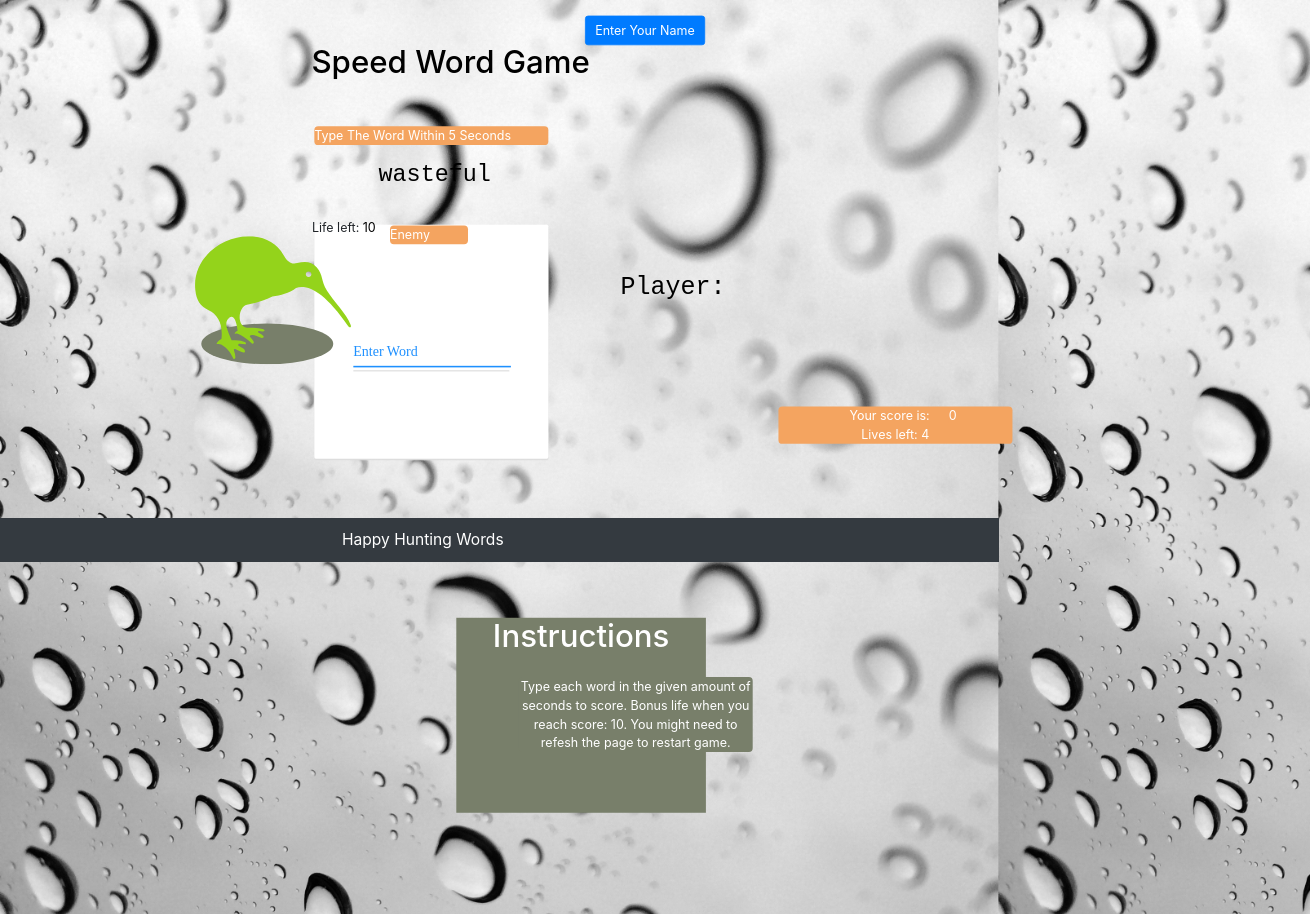
Repository: konstantin0s/word-game-project
Page: modal.html
An editor plug-in stored every save of this project. The page is shown before and after the next save, followed by the edit.
The browser window is 1280 px wide. The page is 1680 px wide, so the pictures cover 1680 px, including what lies to the right of the window. The pictures show the whole page, at 78% of full size.
Backgrounds fixed to the window are drawn as part of the page. Some web libraries are served in a nearby version.

Above is the page before, as saved 2019-02-14 11:06:14.

### modal.html
<!DOCTYPE html>
<html lang="en">

<head>

  <meta charset="utf-8">
  <meta name="viewport" content="width=device-width, initial-scale=1, shrink-to-fit=no">
  <meta name="description" content="">
  <meta name="author" content="">

  <title>Speed Word Game</title>
  <!-- <link rel="stylesheet" href="https://maxcdn.bootstrapcdn.com/bootstrap/3.4.0/css/bootstrap.min.css"> -->
  <script src="https://ajax.googleapis.com/ajax/libs/jquery/3.3.1/jquery.min.js"></script>
  <script src="https://maxcdn.bootstrapcdn.com/bootstrap/3.4.0/js/bootstrap.min.js"></script>
  <script src="https://cdnjs.cloudflare.com/ajax/libs/p5.js/0.7.3/p5.js"></script>
  <!-- Bootstrap core CSS -->
  <link href="vendor/bootstrap/css/bootstrap.min.css" rel="stylesheet">

  <!-- Custom styles for this template -->
  <link href="css/the-big-picture.css" rel="stylesheet">
  <link rel="stylesheet" href="css/style.css">

</head>

<body>

  <!-- Navigation -->
  <nav class="navbar navbar-expand-lg navbar-dark bg-dark fixed-bottom">
    <div class="container">
      <a class="navbar-brand" href="#">Happy Hunting Words</a>
      <button class="navbar-toggler" type="button" data-toggle="collapse" data-target="#navbarResponsive" aria-controls="navbarResponsive" aria-expanded="false" aria-label="Toggle navigation">
        <span class="navbar-toggler-icon"></span>
      </button>
      <div class="collapse navbar-collapse" id="navbarResponsive">
      </div>
    </div>
  </nav>



<!-- Button trigger modal -->
<button type="button" id="clearPlayer" class="btn btn-primary" data-toggle="modal" data-target="#exampleModalCenter">
    Enter Your Name
  </button>

  <!-- Modal -->
  <div class="modal fade" id="exampleModalCenter" tabindex="-1" role="dialog" aria-labelledby="exampleModalCenterTitle" aria-hidden="true">
    <div class="modal-dialog modal-dialog-centered" role="document">
      <div class="modal-content">
        <div class="modal-header">
          <h5 class="modal-title" id="exampleModalLongTitle">Player Name</h5>
          <button type="button" class="close" data-dismiss="modal" aria-label="Close">
            <span aria-hidden="true">&times;</span>
          </button>
        </div>
        <div class="modal-body">
            <h3 id="playerN">Enter Your Name</h3>
            <input id="name" onchange="say_hi()">
        </div>
      </div>
    </div>
  </div>
<h2 id="user">
  Player:
</h2>

<div id="output"></div>

  <!-- Page Content -->
  <section>
    <div class="container">
      <div class="row">
        <div class="col-lg-6">
          <h1 class="mt-5">Speed Word Game</h1>
          <p class="type">Type The Word Within
            <span id="sec"></span>
            Seconds</p>
          <div id="wordsDisplay">

          </div>
          <div id="time">
           <p>Time left:</p> <span id="timeLeft"></span>
          </div>
          <div id="userDetails">
             Your score is: <span id="score">0</span><br>
             Lives left: <span id="lives">3</span>
          </div>
          <div class="wrapper">
            <input class="input" id="inputWord" onchange="compareGuess()" placeholder="Enter Word" type="text"  autofocus>
            <span class="underline"></span>
        </div>
        </div>
      </div>
    </div>
  </section>

  <div id="corWrong"></div>

   <p id="messageP"></p>
   <div class="enemy">
    Life left: <span id="enemyLife">10</span>
   </div>
  <svg version="1.1" id="Layer_1" xmlns="http://www.w3.org/2000/svg" xmlns:xlink="http://www.w3.org/1999/xlink" x="0px" y="0px"
  width="612px" height="502.174px" viewBox="0 65.326 612 502.174" enable-background="new 0 65.326 612 502.174"
  xml:space="preserve" class="logo">

<ellipse class="ground" cx="283.5" cy="487.5" rx="259" ry="80"/>
<path class="kiwi" d="M210.333,65.331C104.367,66.105-12.349,150.637,1.056,276.449c4.303,40.393,18.533,63.704,52.171,79.03
 c36.307,16.544,57.022,54.556,50.406,112.954c-9.935,4.88-17.405,11.031-19.132,20.015c7.531-0.17,14.943-0.312,22.59,4.341
 c20.333,12.375,31.296,27.363,42.979,51.72c1.714,3.572,8.192,2.849,8.312-3.078c0.17-8.467-1.856-17.454-5.226-26.933
 c-2.955-8.313,3.059-7.985,6.917-6.106c6.399,3.115,16.334,9.43,30.39,13.098c5.392,1.407,5.995-3.877,5.224-6.991
 c-1.864-7.522-11.009-10.862-24.519-19.229c-4.82-2.984-0.927-9.736,5.168-8.351l20.234,2.415c3.359,0.763,4.555-6.114,0.882-7.875
 c-14.198-6.804-28.897-10.098-53.864-7.799c-11.617-29.265-29.811-61.617-15.674-81.681c12.639-17.938,31.216-20.74,39.147,43.489
 c-5.002,3.107-11.215,5.031-11.332,13.024c7.201-2.845,11.207-1.399,14.791,0c17.912,6.998,35.462,21.826,52.982,37.309
 c3.739,3.303,8.413-1.718,6.991-6.034c-2.138-6.494-8.053-10.659-14.791-20.016c-3.239-4.495,5.03-7.045,10.886-6.876
 c13.849,0.396,22.886,8.268,35.177,11.218c4.483,1.076,9.741-1.964,6.917-6.917c-3.472-6.085-13.015-9.124-19.18-13.413
 c-4.357-3.029-3.025-7.132,2.697-6.602c3.905,0.361,8.478,2.271,13.908,1.767c9.946-0.925,7.717-7.169-0.883-9.566
 c-19.036-5.304-39.891-6.311-61.665-5.225c-43.837-8.358-31.554-84.887,0-90.363c29.571-5.132,62.966-13.339,99.928-32.156
 c32.668-5.429,64.835-12.446,92.939-33.85c48.106-14.469,111.903,16.113,204.241,149.695c3.926,5.681,15.819,9.94,9.524-6.351
 c-15.893-41.125-68.176-93.328-92.13-132.085c-24.581-39.774-14.34-61.243-39.957-91.247
 c-21.326-24.978-47.502-25.803-77.339-17.365c-23.461,6.634-39.234-7.117-52.98-31.273C318.42,87.525,265.838,64.927,210.333,65.331
 z M445.731,203.01c6.12,0,11.112,4.919,11.112,11.038c0,6.119-4.994,11.111-11.112,11.111s-11.038-4.994-11.038-11.111
 C434.693,207.929,439.613,203.01,445.731,203.01z"/>
<filter id="pictureFilter" >
 <feGaussianBlur stdDeviation="15" />
</filter>
</svg>


<div class="instructions">
  <h1>Instructions</h1>
  <p>Type each word in the given amount of seconds to score.
    Bonus life when you reach score: 10.
    You might need to refesh the page to restart game.
  </p>
</div>

  <!-- Bootstrap core JavaScript -->
  <script src="vendor/jquery/jquery.min.js"></script>
  <script src="vendor/bootstrap/js/bootstrap.bundle.min.js"></script>
  <script src="js/main.js"></script>

</body>

</html>

### css/the-big-picture.css
/*!
 * Start Bootstrap - The Big Picture (https://startbootstrap.com/template-overviews/the-big-picture)
 * Copyright 2013-2019 Start Bootstrap
 * Licensed under MIT (https://github.com/BlackrockDigital/startbootstrap-the-big-picture/blob/master/LICENSE)
 */
body {
  background: url('../img/drop.jpg') no-repeat center center fixed;
  -webkit-background-size: cover;
  -moz-background-size: cover;
  background-size: cover;
  -o-background-size: cover;
}

### css/style.css
body {
  margin: 0;
  padding: 0;
  z-index: 40;
  overflow-x: hidden;
}

.container {
  display: flex;
  flex-direction: column;
  justify-content: center;

}

.container .type {
   position: relative;
   top: 20px;
}
.mt-5 {
  color: black;
  text-align: center;
  position: relative;
  top: -30px;
  left: 290px;
}
.wrapper {
  background-color: #FFF;
  border-radius: 2px;
  box-shadow: 0px 2px 1px 0px #DDD;
  box-sizing: border-box;
  height: 300px;
  left: 550px;
  margin: -150px 0 0 -150px;
  position: absolute;
  top: 400px;
  width: 300px;

}

.input {
  background-color: transparent;
  border: none;
  border-bottom: 1px solid #CCC;
  color: #555;
  box-sizing: border-box;
  font-family: 'Arvo';
  font-size: 18px;
  height: 50px;
  left: 50%;
  margin: -25px 0 0 -100px;
  padding: 10px 0px;
  position: relative;
  top: 50%;
  width: 200px;

  &:focus {
    outline: none;
  }
}

input::-webkit-input-placeholder {
  color: #AAA;
}

input:focus::-webkit-input-placeholder {
  color: dodgerblue;
}

.input:focus+.underline {
  transform: scale(1);
}

.underline {
  background-color: dodgerblue;
  display: inline-block;
  height: 2px;
  left: 50px;
  margin-top: -4px;
  position: absolute;
  top: 185px;
  -webkit-transform: scale(0, 1);
  transform: scale(0, 1);
  -webkit-transition: all 0.5s linear;
  transition: all 0.5s linear;
  width: 202px;
}


font {
  color: white;
}

#wordsDisplay {
  position: relative;
  top: 20px;
  left: 387px;
  color: black;
  font-family: 'Courier New', Courier, monospace;
  font-size: 30px;
  width: 305px;
  text-align: center;
}
#userDetails {
  position: relative;
  top: 230px;
 float: right;
 /* left: 500px; */
 left: 740px;
  color: white;
  background-color: sandybrown;
  width: 300px;
  text-align: center;
  border-radius: 5px;
}

#score {
  position: relative;
  top: 0px;
  left: 20px;
  color: white;
  background-color: sandybrown;
}

#time {
  text-align: center;
}

 p {
  position: relative;
  top: 450px;
  left: 385px;
  color: white;
  background-color: sandybrown;
  width: 300px;
  border-radius: 5px;
 }

#timeLeft {
  position: relative;
  top: 400px;
  left: 330px;
  color: white;
  background-color: sandybrown;
}

.sec {
  position: relative;
  top: 400px;
  left: 330px;
  color: white;
  background-color: sandybrown;
}

b {
  color: black;
  text-transform: capitalize;;
}

#user {
  position: relative;
  top: 350px;
  right: 350px;
  float: right;
  color: black;
  font: 33px;
  font-family: 'Courier New', Courier, monospace;
}

#output {
  position: relative;
  color: black;
  float: right;
  right: 250px;
  font-size:28px;
  top: 410px;
}

#playerN {
  color: black;
}

.newP {
  position: relative;
  left: 40px;
  top: 120px;
}

.navbar-brand {
  position: relative;
  left: -90px;
}


@import "compass/css3";

.logo {
  position: relative;
  width: 200px;
  height: 164px;
  left: 250px;
  top: -100px;
}

.kiwi {
  fill: #94d31b;

}
.kiwi:hover {
  fill: #ace63c;
}

.ground {
  fill: #787f6a;
}
.ground:hover {
  filter: url(#pictureFilter);
  fill: #896d3d;
}

#messageP {
  position: relative;
  top: -50px;
  width: 100px;
  left: 500px;
}

.instructions {
  background-color: #787f6a;
  width: 25%;
  height: 250px;
  color: white;
  position: relative;
  left: 580px;
  top: 220px;
  margin: 5px;
  text-align: center;
  margin-bottom: 350px;
}

.instructions p {
  background-color: #787f6a;
  position: relative;
  left: 80px;
  top: 20px;
  width: 1005;
  text-align: center;
}

#clearPlayer {
  position: relative;
  top: 20px;
  left: 750px;
}

#corWrong {
  position: relative;
  left: 780px;
  top: 270px;
  color: black;
  font: 30px;
}

#enemyLife {
  color: black;
}
 .enemy {
   left: 400px;
   position: relative;
   top: -100px;
 }

#modalContainer {
	background-color:rgba(0, 0, 0, 0.3);
	position:absolute;
  top:0;
	width:100%;
	height:100%;
	left:0px;
	z-index:10000;
  /* background: url('../img/drop.jpg') no-repeat center center fixed;required by MSIE to prevent actions on lower z-index elements */
}

#alertBox {
	position:relative;
  width:43%;
  height: 25%;
	min-height:100px;
  max-height:400px;
	margin-top:50px;
	border:1px solid #fff;
	background-color:#fff;
	background-repeat:no-repeat;
  top:30%;
  left: 500px;
}

#modalContainer > #alertBox {
  position:fixed;
}

#alertBox h1 {
	margin:0;
	font:bold 1em Raleway,arial;
	background-color:#f97352;
  color:#FFF;
  text-align: center;
	border-bottom:1px solid #f97352;
	padding:10px 0 10px 5px;
}

#alertBox p {
 height:50px;
	padding-left:5px;
  padding-top:30px;
  text-align:center;
   vertical-align:middle;
  visibility: hidden;
}

#alertBox #closeBtn {
	display:block;
	position:relative;
	margin:10px auto 10px auto;
  padding:7px;
	border:0 none;
	width:170px;
	text-transform:uppercase;
	text-align:center;
	color:#FFF;
	background-color:#f97352;
	border-radius: 0px;
	text-decoration:none;
  outline:0!important;
} */

/* unrelated styles */

 /* #mContainer {
  position:relative;
	width:600px;
	margin:auto;
	padding:5px;
	border-top:2px solid #fff;
	border-bottom:2px solid #fff;
}

h1,h2 {
	margin:0;
  padding:4px;
}

code {
	font-size:1.2em;
	color:#069;
}

#credits {
	position:relative;
	margin:25px auto 0px auto;
	width:350px;
	font:0.7em verdana;
	border-top:1px solid #000;
	border-bottom:1px solid #000;
	height:90px;
	padding-top:4px;
}

#credits img {
	float:left;
	margin:5px 10px 5px 0px;
	border:1px solid #000000;
	width:80px;
	height:79px;
}

.important {
	background-color:#F5FCC8;
	padding:2px;

}

@media (max-width: 600px)
{
  #alertBox {
	position:relative;
	width:90%;
  top:30%;
}
} */

Loaded but not shown: vendor/bootstrap/css/bootstrap.min.css (library); vendor/jquery/jquery.min.js (library); vendor/bootstrap/js/bootstrap.bundle.min.js (library); js/main.js (262 lines, source omitted)

After the next save:
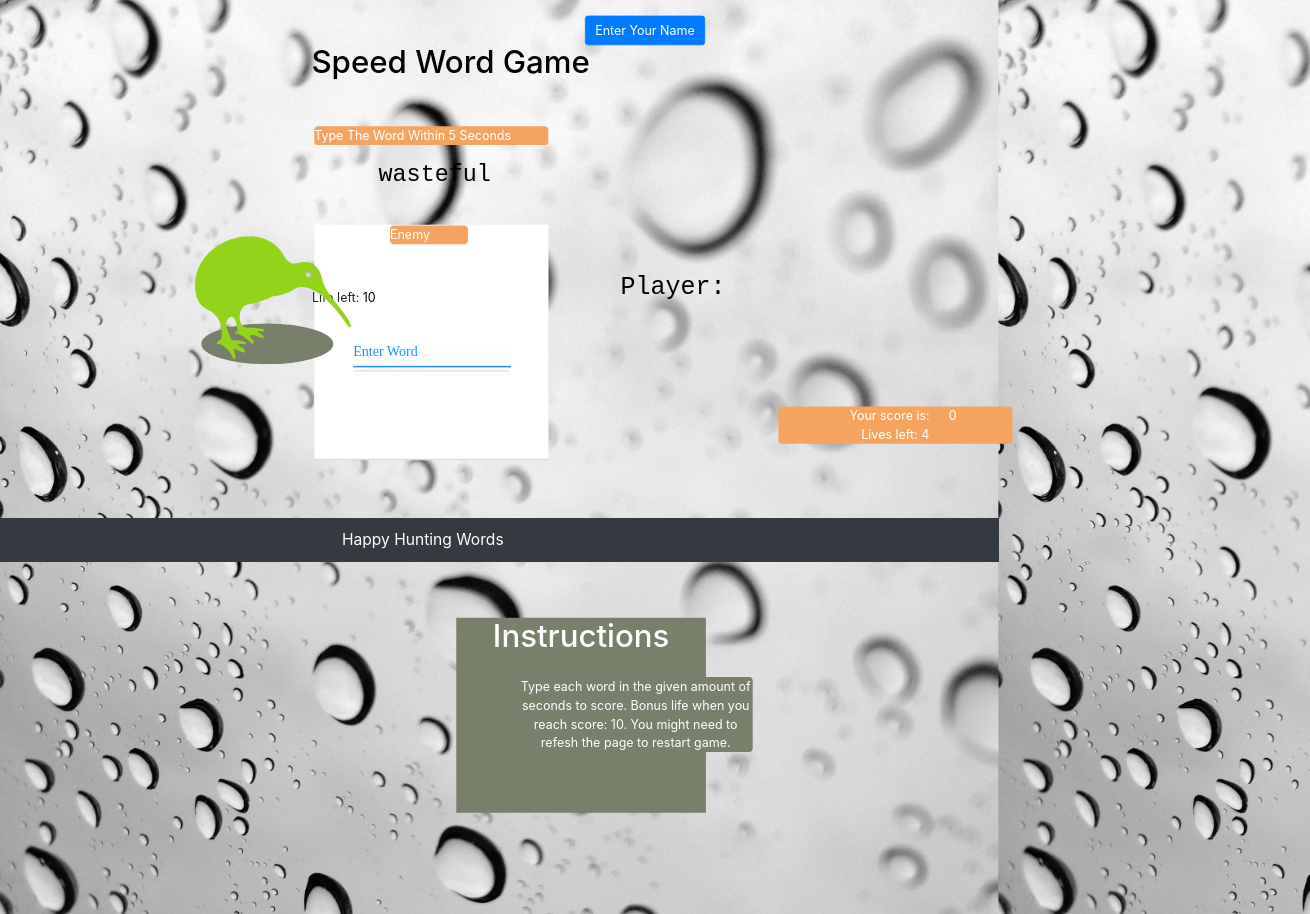
Saved 10 s later.
--- a/css/style.css
+++ b/css/style.css
@@ -266,7 +266,7 @@
  .enemy {
    left: 400px;
    position: relative;
-   top: -100px;
+   top: -10px;
  }
 
 #modalContainer {

After the save that followed:
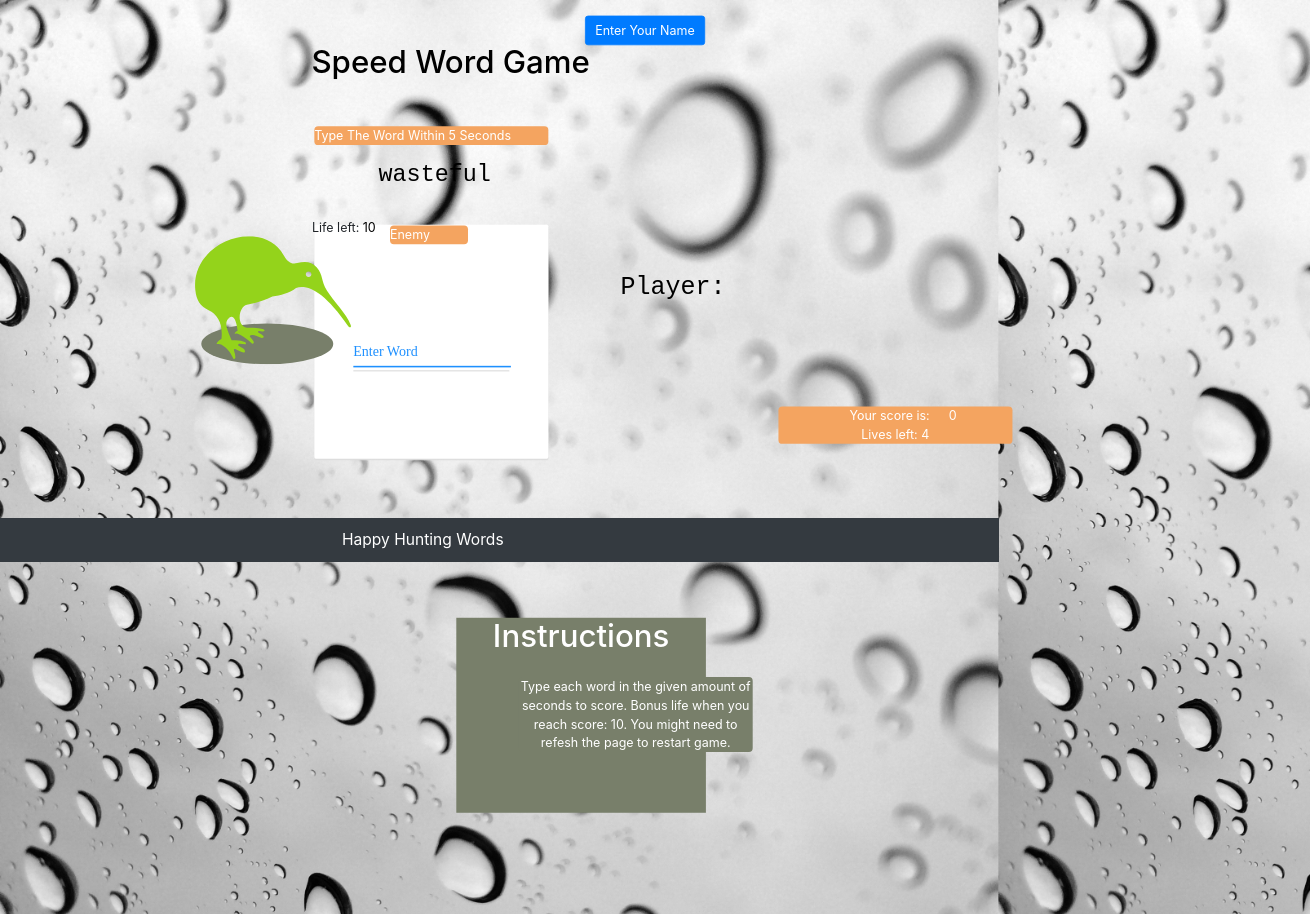
Saved 12 s later.
--- a/css/style.css
+++ b/css/style.css
@@ -266,7 +266,7 @@
  .enemy {
    left: 400px;
    position: relative;
-   top: -10px;
+   top: -100px;
  }
 
 #modalContainer {
